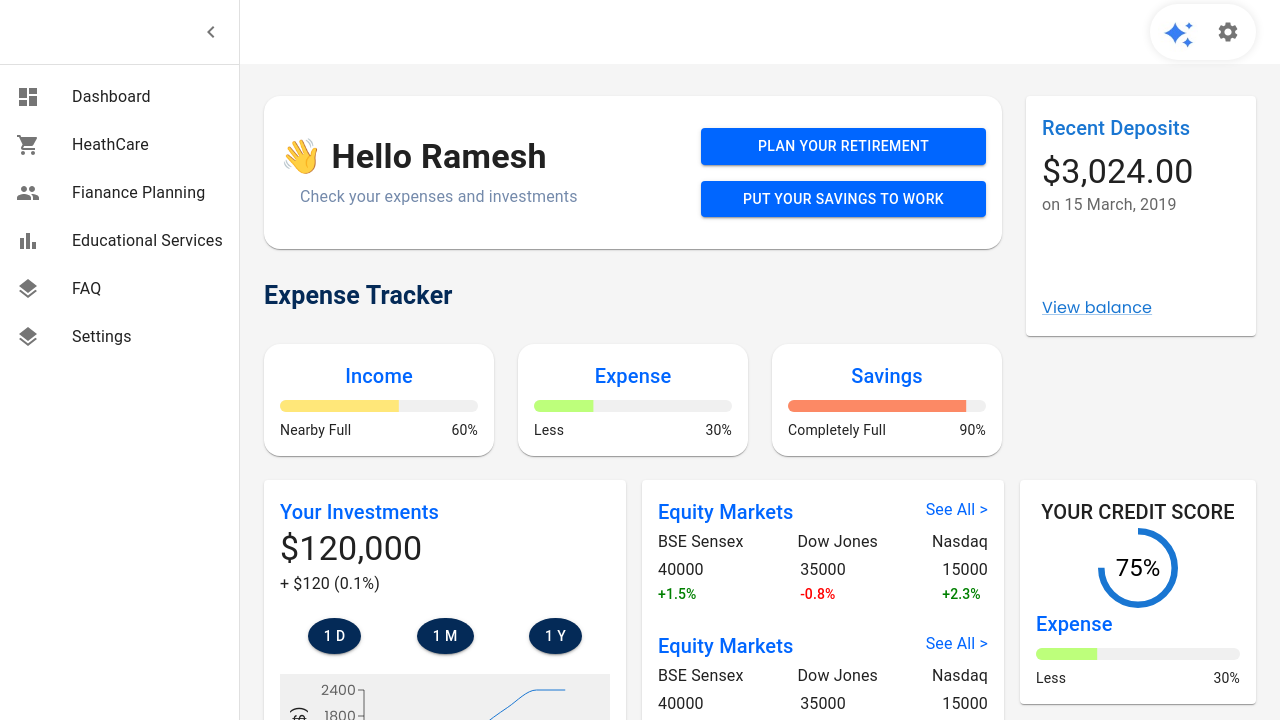
Repository: shubhampirate/TIAA_Retirement_hackathon
Page: /
These files come from the project's save history. The page is drawn as it stood at one moment and after the next save; the edit follows.
The browser window is 1280 px wide. The pictures show the whole page.
An inner scrolling area shows only its first screen. The project was rebuilt for these pictures with package versions that can differ from the ones it lists, and the page was loaded fresh each time. Also part of the build but not shown: src/Components/CustomButton.jsx, src/Components/Navbar.jsx, src/Components/Properties.jsx, src/Components/Footer.jsx, src/Components/Hero.jsx, src/pages/Sign_In.jsx.

Above is the page before, as saved 2023-11-15 12:51:36.

### src/index.css
@import url("https://fonts.googleapis.com/css2?family=Poppins:wght@400;500;700&display=swap");

* {
  margin: 0;
  padding: 0;
  box-sizing: border-box;
  font-family: "Poppins", sans-serif;
}

body {
  margin: 0;
  -webkit-font-smoothing: antialiased;
  -moz-osx-font-smoothing: grayscale;
}

code {
  font-family: source-code-pro, Menlo, Monaco, Consolas, "Courier New",
    monospace;
}

### src/App.jsx
import Hero from "./Components/Hero";
import SignIn from "./pages/Sign_In";
import Dashboard from "./Components/Dashboard";

function App() {
  return (
    <>
      {/* <Hero /> */}
      {/* <SignIn/> */}
      <Dashboard />
    </>
  );
}

export default App;

### src/Components/Dashboard.jsx
import * as React from 'react';
import { styled, createTheme, ThemeProvider } from '@mui/material/styles';
import CssBaseline from '@mui/material/CssBaseline';
import MuiDrawer from '@mui/material/Drawer';
import Box from '@mui/material/Box';
import MuiAppBar from '@mui/material/AppBar';
import Toolbar from '@mui/material/Toolbar';
import List from '@mui/material/List';
import Typography from '@mui/material/Typography';
import Divider from '@mui/material/Divider';
import IconButton from '@mui/material/IconButton';
// import Badge from '@mui/material/Badge';
import Container from '@mui/material/Container';
import Grid from '@mui/material/Grid';
import Paper from '@mui/material/Paper';
// import Link from '@mui/material/Link';
import MenuIcon from '@mui/icons-material/Menu';
import ChevronLeftIcon from '@mui/icons-material/ChevronLeft';
// import NotificationsIcon from '@mui/icons-material/Notifications';
import SettingsIcon from '@mui/icons-material/Settings';
import { mainListItems } from './listItems';
// import Chart from './Chart';
import Deposits from './Deposits';

import heroImg_3 from "../media/img_3.jpeg";
import Button from '@mui/material/Button';
import LinearProgress from '@mui/material/LinearProgress';
import YourComponent from './YourComponent';

  const Title = styled(Typography)(({ theme }) => ({
    fontSize: "25px",
    color: "#042A57",
    fontWeight: "bold",
    textAlign: "left",
    margin: theme.spacing(4, 0, 4, 0),
    [theme.breakpoints.down("sm")]: {
      fontSize: "30px",
    },
  }));
const drawerWidth = 240;

const AppBar = styled(MuiAppBar, {
  shouldForwardProp: (prop) => prop !== 'open',
})(({ theme, open }) => ({
  zIndex: theme.zIndex.drawer + 1,
  transition: theme.transitions.create(['width', 'margin'], {
    easing: theme.transitions.easing.sharp,
    duration: theme.transitions.duration.leavingScreen,
  }),
  ...(open && {
    marginLeft: drawerWidth,
    width: `calc(100% - ${drawerWidth}px)`,
    transition: theme.transitions.create(['width', 'margin'], {
      easing: theme.transitions.easing.sharp,
      duration: theme.transitions.duration.enteringScreen,
    }),
  }),
}));


const ProgressBarBox = ({ title, value }) => {
    let indicatorText = '';
    let color = '';

    if (value <= 30) {
      indicatorText = 'Less';
      color = '#BDFF7B';
    } else if (value <= 70) {
      indicatorText = 'Nearby Full';
      color = '#FFE779';
    } else {
      indicatorText = 'Completely Full';
      color = '#FC8965';
    }

    return (
      <Grid item xs={12} sm={6} md={4}>
        <Paper
          sx={{
            p: 2,
            display: 'flex',
            flexDirection: 'column',
            alignItems: 'center',
            borderRadius: '16px',
          }}
        >
          <Typography variant="h6" sx={{ mb: 1, color: "#0066FF" }}>
            {title}
          </Typography>
          <LinearProgress
          variant="determinate"
          value={value}
          sx={{
            width: '100%',
            height: '12px',
            borderRadius: '8px',
            backgroundColor: '#f0f0f0',
            marginBottom: '8px',
            '& .MuiLinearProgress-bar': {
              backgroundColor: color,
            },
          }}
        />

          <Box
          sx={{
            display: 'flex',
            justifyContent: 'space-between',
            width: '100%',

          }}
        >
          <Typography variant="body2">{indicatorText}</Typography>
          <Typography variant="body2">{value}%</Typography>
        </Box>
        </Paper>
      </Grid>
    );
  };
const Drawer = styled(MuiDrawer, { shouldForwardProp: (prop) => prop !== 'open' })(
  ({ theme, open }) => ({
    '& .MuiDrawer-paper': {
      position: 'relative',
      whiteSpace: 'nowrap',
      width: drawerWidth,
      transition: theme.transitions.create('width', {
        easing: theme.transitions.easing.sharp,
        duration: theme.transitions.duration.enteringScreen,
      }),
      boxSizing: 'border-box',
      ...(!open && {
        overflowX: 'hidden',
        transition: theme.transitions.create('width', {
          easing: theme.transitions.easing.sharp,
          duration: theme.transitions.duration.leavingScreen,
        }),
        width: theme.spacing(7),
        [theme.breakpoints.up('sm')]: {
          width: theme.spacing(9),
        },
      }),
    },
  }),
);

// TODO remove, this demo shouldn't need to reset the theme.
const defaultTheme = createTheme();

export default function Dashboard() {
  const [open, setOpen] = React.useState(true);
  const toggleDrawer = () => {
    setOpen(!open);
  };

  return (
    <ThemeProvider theme={defaultTheme}>
      <Box sx={{ display: 'flex' }}>
        <CssBaseline />
        <AppBar position="absolute" open={open} sx={{ backgroundColor: "#fff", boxShadow: 'none' }}>
  <Toolbar
    sx={{
      pr: '24px', // keep right padding when drawer closed
      display: 'flex',
      alignItems: 'center',
      justifyContent: 'space-between',
    }}
  >
    <Box sx={{ display: 'flex', alignItems: 'center' }}>
      <IconButton
        edge="start"
        aria-label="open drawer"
        onClick={toggleDrawer}
        sx={{
          marginRight: '36px',
          ...(open && { display: 'none' }),
        }}
      >
        <MenuIcon />
      </IconButton>

    </Box>

    <Box sx={{ display: 'flex', alignItems: 'center', boxShadow: '0px 0px 10px rgba(0, 0, 0, 0.1)', borderRadius: '40px', padding: '8px' }}>
  {/* User profile image */}
  <img
    src={heroImg_3}
    alt="User Profile"
    style={{ borderRadius: '50%', width: '40px', height: '40px', marginRight: '10px' }}
  />

  {/* Settings button */}
  <IconButton >

    <SettingsIcon />
  </IconButton>
</Box>
  </Toolbar>
</AppBar>

        <Drawer variant="permanent" open={open}>
          <Toolbar
            sx={{
              display: 'flex',
              alignItems: 'center',
              justifyContent: 'flex-end',
              px: [1],
            }}
          >
            <IconButton onClick={toggleDrawer}>
              <ChevronLeftIcon />
            </IconButton>
          </Toolbar>
          <Divider />
          <List component="nav">
            {mainListItems}
            {/* <Divider sx={{ my: 1 }} /> */}
            {/* {secondaryListItems} */}
          </List>
        </Drawer>
        <Box
          component="main"
          sx={{
            backgroundColor: (theme) =>
              theme.palette.mode === 'light'
                ? theme.palette.grey[100]
                : theme.palette.grey[900],
            flexGrow: 1,
            height: '100vh',
            overflow: 'auto',
          }}
        >
          <Toolbar />
          <Container maxWidth="lg" sx={{ mt: 4, mb: 4 }}>
            <Grid container spacing={3}>

            <Grid item xs={12} md={8} lg={9}>
  <Paper
    sx={{
      p: 2,
      display: 'flex',
      flexDirection: 'column',
      alignItems: 'center',
      borderRadius: '16px', // Adjust the value as needed for more or less curvature
    }}
  >
    {/* Left side content */}
    <Grid container spacing={2} alignItems="center">
      <Grid item xs={12} md={7 }>
        <Typography variant="h4" sx={{ mb: 1, fontWeight: 'bold'}}>
        👋  Hello Ramesh
        </Typography>
        <Typography variant="body1" sx={{color:"#748AAB", paddingLeft:"20px"}}>
          Check your expenses and investments
        </Typography>
      </Grid>

      {/* Right side content */}
      <Grid item xs={12} md={5} sx={{ display: 'flex', flexDirection: 'column', alignItems: 'center' }}>
        <Button variant="contained"  sx={{ width: '100%', backgroundColor: '#0066FF', color: '#fff', mb: { xs: 1, md: 2 } ,mt:{xs:0, md:2}  }}>
        Plan your retirement
        </Button>
        <Button variant="contained"  sx={{ width: '100%', backgroundColor: '#0066FF', color: '#fff', mb:{xs:1, md:2} }}>
        Put your savings to work
        </Button>
      </Grid>
    </Grid>
  </Paper>
  <Title variant="h4" sx={{color: "#042A57"}}>
             Expense Tracker
            </Title>
            <Grid container spacing={3}>
      <ProgressBarBox title="Income" value={60} />
      <ProgressBarBox title="Expense" value={30} />
      <ProgressBarBox title="Savings" value={90} />
    </Grid>
</Grid>


               {/* Recent Deposits */}
              <Grid item xs={12} md={4} lg={3}>
                <Paper
                  sx={{
                    p: 2,
                    display: 'flex',
                    flexDirection: 'column',
                    height: 240,
                  }}
                >
                  <Deposits />
                </Paper>
              </Grid>
              {/* Recent Orders */}
              <Grid item xs={12}>
                {/* <Paper sx={{ p: 2, display: 'flex', flexDirection: 'column' }}> */}
                  <YourComponent />
                {/* </Paper> */}
              </Grid>
            </Grid>

          </Container>
        </Box>
      </Box>
    </ThemeProvider>
  );
}

### src/Components/listItems.jsx
import * as React from 'react';
import ListItemButton from '@mui/material/ListItemButton';
import ListItemIcon from '@mui/material/ListItemIcon';
import ListItemText from '@mui/material/ListItemText';
import ListSubheader from '@mui/material/ListSubheader';
import DashboardIcon from '@mui/icons-material/Dashboard';
import ShoppingCartIcon from '@mui/icons-material/ShoppingCart';
import PeopleIcon from '@mui/icons-material/People';
import BarChartIcon from '@mui/icons-material/BarChart';
import LayersIcon from '@mui/icons-material/Layers';
import AssignmentIcon from '@mui/icons-material/Assignment';

export const mainListItems = (
  <React.Fragment>
    <ListItemButton>
      <ListItemIcon>
        <DashboardIcon />
      </ListItemIcon>
      <ListItemText primary="Dashboard" />
    </ListItemButton>
    <ListItemButton>
      <ListItemIcon>
        <ShoppingCartIcon />
      </ListItemIcon>
      <ListItemText primary="HeathCare" />
    </ListItemButton>
    <ListItemButton>
      <ListItemIcon>
        <PeopleIcon />
      </ListItemIcon>
      <ListItemText primary="Fianance Planning" />
    </ListItemButton>
    <ListItemButton>
      <ListItemIcon>
        <BarChartIcon />
      </ListItemIcon>
      <ListItemText primary="Educational Services" />
    </ListItemButton>
    <ListItemButton>
      <ListItemIcon>
        <LayersIcon />
      </ListItemIcon>
      <ListItemText primary="FAQ" />
    </ListItemButton>
    <ListItemButton>
      <ListItemIcon>
        <LayersIcon />
      </ListItemIcon>
      <ListItemText primary="Settings" />
    </ListItemButton>
  </React.Fragment>
);

// export const secondaryListItems = (
//   <React.Fragment>
//     <ListSubheader component="div" inset>
//       Saved reports
//     </ListSubheader>
//     <ListItemButton>
//       <ListItemIcon>
//         <AssignmentIcon />
//       </ListItemIcon>
//       <ListItemText primary="Current month" />
//     </ListItemButton>
//     <ListItemButton>
//       <ListItemIcon>
//         <AssignmentIcon />
//       </ListItemIcon>
//       <ListItemText primary="Last quarter" />
//     </ListItemButton>
//     <ListItemButton>
//       <ListItemIcon>
//         <AssignmentIcon />
//       </ListItemIcon>
//       <ListItemText primary="Year-end sale" />
//     </ListItemButton>
//   </React.Fragment>
// );

### src/Components/YourComponent.jsx
import React from 'react';
import { Box,Grid, Paper, Typography, CircularProgress, LinearProgress, Button } from '@mui/material';
import Chart from './Chart';
// import ArrowForwardIcon from '@mui/icons-material/ArrowForward';


const InvestmentsBox = () => (
  <Paper sx={{ p: 2, display: 'flex', flexDirection: 'column', alignItems: 'left' }}>
    <Typography variant="h6" sx={{ color: '#0066FF'}}>Your Investments</Typography>
    <Typography variant="h4">$120,000</Typography>
    <Typography variant="subtitle1">+ $120 (0.1%)</Typography>
    {/* Options to choose from */}
    <div style={{ display: 'flex', justifyContent: 'space-around', marginTop: '20px' }}>
      <Button
        variant="contained"
        style={{
          backgroundColor: '#042A57',
          color: '#FFF',
          borderRadius: '100%',
          minWidth: 'unset',
        }}
      >
        1 D
      </Button>
      <Button
        variant="contained"
        style={{
          backgroundColor: '#042A57',
          color: '#FFF',
          borderRadius: '50%',
          minWidth: 'unset',
        }}
      >
        1 M
      </Button>
      <Button
        variant="contained"
        style={{
          backgroundColor: '#042A57',
          color: '#FFF',
          borderRadius: '50%',
          minWidth: 'unset',
        }}
      >
        1 Y
      </Button>
    </div>
    {/* Separate column for the chart */}
    <div style={{ marginTop: '20px', width: '100%', display: 'flex', flexDirection: 'column', alignItems: 'center' }}>
      {/* Chart (replace with your actual chart component) */}
      <div style={{ width: '100%', height: '150px', backgroundColor: '#f0f0f0' }}>
        {/* Replace this div with your actual chart component */}
        <div style={{ width: '100%', height: '100%', display: 'flex', justifyContent: 'center', alignItems: 'center' }}>
          <Chart />
        </div>
      </div>
    </div>
  </Paper>
);


const EquityMarketsBox = () => {
  // Mock data for market values
  const marketData = [
    { name: 'BSE Sensex', currentPrice: 40000, increasePercentage: 1.5 },
    { name: 'Dow Jones', currentPrice: 35000, increasePercentage: -0.8 },
    { name: 'Nasdaq', currentPrice: 15000, increasePercentage: 2.3 },
  ];

  return (
    <Paper sx={{ p: 2, display: 'flex', flexDirection: 'column' }}>
  <Typography variant="h6" style={{ display: 'flex', justifyContent: 'space-between', color: '#0066FF' }}>
        Equity Markets
        <Typography variant="subtitle1" style={{ cursor: 'pointer' }}>
          See All &gt;
        </Typography>
      </Typography>
    {/* Display market names in the first line */}
    <div style={{ display: 'flex', justifyContent: 'space-between' }}>
      {marketData.map((market) => (
        <Typography key={market.name} variant="subtitle1">{market.name}</Typography>
      ))}
    </div>
    {/* Display market values in the second line */}
    <div style={{ display: 'flex', justifyContent: 'space-between' }}>
      {marketData.map((market) => (
        <div key={market.name}>
          <Typography variant="subtitle1">{market.currentPrice}</Typography>
          <Typography variant="subtitle2" style={{ color: market.increasePercentage >= 0 ? 'green' : 'red' }}>
            {market.increasePercentage >= 0 ? '+' : ''}{market.increasePercentage}%
          </Typography>
        </div>
      ))}
    </div>
 <br />
  <Typography variant="h6" style={{ display: 'flex', justifyContent: 'space-between', color: '#0066FF' }}>
        Equity Markets
        <Typography variant="subtitle1" style={{ cursor: 'pointer' }}>
          See All &gt;
        </Typography>
      </Typography>
    {/* Display market names in the first line */}
    <div style={{ display: 'flex', justifyContent: 'space-between' }}>
      {marketData.map((market) => (
        <Typography key={market.name} variant="subtitle1">{market.name}</Typography>
      ))}
    </div>
    {/* Display market values in the second line */}
    <div style={{ display: 'flex', justifyContent: 'space-between' }}>
      {marketData.map((market) => (
        <div key={market.name}>
          <Typography variant="subtitle1">{market.currentPrice}</Typography>
          <Typography variant="subtitle2" style={{ color: market.increasePercentage >= 0 ? 'green' : 'red' }}>
            {market.increasePercentage >= 0 ? '+' : ''}{market.increasePercentage}%
          </Typography>
        </div>
      ))}
    </div>

  </Paper>
);
};



// Component for the third box
  // Component for the first box
const ProgressBarBox = ({ title, value }) => {
    let indicatorText = '';
    let color = '';

    if (value <= 30) {
      indicatorText = 'Less';
      color = '#BDFF7B';
    } else if (value <= 70) {
      indicatorText = 'Nearby Full';
      color = '#FFE779';
    } else {
      indicatorText = 'Completely Full';
      color = '#FC8965';
    }

    return (
      <Grid container>
        <Typography variant="h6" sx={{ mb: 1, color: "#0066FF" }}>
          {title}
        </Typography>
        <LinearProgress
          variant="determinate"
          value={value}
          sx={{
            width: '100%',
            height: '12px',
            borderRadius: '8px',
            backgroundColor: '#f0f0f0',
            marginBottom: '8px',
            '& .MuiLinearProgress-bar': {
              backgroundColor: color,
            },
          }}
        />
        <Box
          sx={{
            display: 'flex',
            justifyContent: 'space-between',
            width: '100%',
          }}
        >
          <Typography variant="body2">{indicatorText}</Typography>
          <Typography variant="body2">{value}%</Typography>
        </Box>
      </Grid>
    );
  };

  // Component for the third box
  const CreditScoreBox = () => (
    <Paper sx={{ p: 2, display: 'flex', flexDirection: 'column', alignItems: 'center', position: 'relative' }}>
      <Typography variant="h6">YOUR CREDIT SCORE</Typography>
      {/* Circular Progress Bar */}
      <div style={{ position: 'relative', width: '80px', height: '80px' }}>
        <CircularProgress variant="determinate" value={75} size={80} />
        {/* Display the percentage in the center of the circular progress bar */}
        <Typography
          variant="h5"
          style={{
            position: 'absolute',
            top: '50%',
            left: '50%',
            transform: 'translate(-50%, -50%)',
            color: '#000', // Adjust text color as needed
          }}
        >
          75%
        </Typography>
      </div>
      {/* Include ProgressBarBox with the entire width */}
      <ProgressBarBox title="Expense" value={30} />
    </Paper>
  );

// Main component
const YourComponent = () => (
  <Grid container spacing={2} style={{ height: '100vh' }}>
  <Grid item xs={12} md={9}>
    <Grid container spacing={2}>
      <Grid item xs={12} md={6} lg={6}>
        <InvestmentsBox />
      </Grid>
      <Grid item xs={12} md={6} lg={6}>
        <EquityMarketsBox />
      </Grid>
    </Grid>
  </Grid>
  <Grid item xs={12} md={3}>
    <CreditScoreBox />
  </Grid>
</Grid>

);

export default YourComponent;

### src/Components/Chart.jsx
import * as React from 'react';
import { useTheme } from '@mui/material/styles';
import { LineChart, Line, XAxis, YAxis, Label, ResponsiveContainer } from 'recharts';
import Title from './Title';

// Generate Sales Data
function createData(time, amount) {
  return { time, amount };
}

const data = [
  createData('00:00', 0),
  createData('03:00', 300),
  createData('06:00', 600),
  createData('09:00', 800),
  createData('12:00', 1500),
  createData('15:00', 2000),
  createData('18:00', 2400),
  createData('21:00', 2400),
  createData('24:00', undefined),
];

export default function Chart() {
  const theme = useTheme();

  return (
    <React.Fragment>
      {/* <Title>Today</Title> */}
      <ResponsiveContainer>
        <LineChart
          data={data}
          margin={{
            top: 16,
            right: 16,
            bottom: 0,
            left: 24,
          }}
        >
          <XAxis
            dataKey="time"
            stroke={theme.palette.text.secondary}
            style={theme.typography.body2}
          />
          <YAxis
            stroke={theme.palette.text.secondary}
            style={theme.typography.body2}
          >
            <Label
              angle={270}
              position="left"
              style={{
                textAnchor: 'middle',
                fill: theme.palette.text.primary,
                ...theme.typography.body1,
              }}
            >
              Sales ($)
            </Label>
          </YAxis>
          <Line
            isAnimationActive={false}
            type="monotone"
            dataKey="amount"
            stroke={theme.palette.primary.main}
            dot={false}
          />
        </LineChart>
      </ResponsiveContainer>
    </React.Fragment>
  );
}

Loaded but not shown: public/index.html (common file); src/index.js (common file); src/Components/Deposits.jsx (common file); src/Components/Title.jsx (common file)

After the next save:
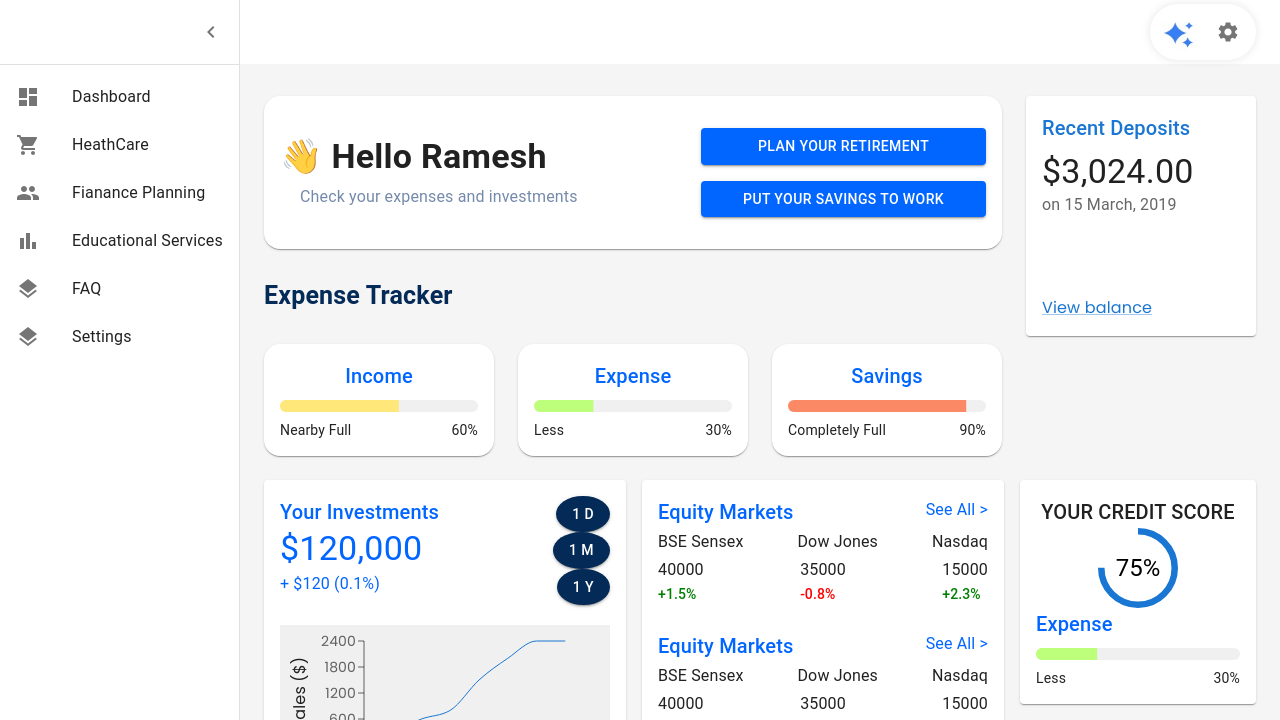
Saved 2 min 10 s later.
--- a/src/Components/YourComponent.jsx
+++ b/src/Components/YourComponent.jsx
@@ -3,61 +3,60 @@ import { Box,Grid, Paper, Typography, CircularProgress, LinearProgress, Button }
 import Chart from './Chart';
 // import ArrowForwardIcon from '@mui/icons-material/ArrowForward';
 
-
 const InvestmentsBox = () => (
-  <Paper sx={{ p: 2, display: 'flex', flexDirection: 'column', alignItems: 'left' }}>
-    <Typography variant="h6" sx={{ color: '#0066FF'}}>Your Investments</Typography>
-    <Typography variant="h4">$120,000</Typography>
-    <Typography variant="subtitle1">+ $120 (0.1%)</Typography>
-    {/* Options to choose from */}
-    <div style={{ display: 'flex', justifyContent: 'space-around', marginTop: '20px' }}>
-      <Button
-        variant="contained"
-        style={{
-          backgroundColor: '#042A57',
-          color: '#FFF',
-          borderRadius: '100%',
-          minWidth: 'unset',
-        }}
-      >
-        1 D
-      </Button>
-      <Button
-        variant="contained"
-        style={{
-          backgroundColor: '#042A57',
-          color: '#FFF',
-          borderRadius: '50%',
-          minWidth: 'unset',
-        }}
-      >
-        1 M
-      </Button>
-      <Button
-        variant="contained"
-        style={{
-          backgroundColor: '#042A57',
-          color: '#FFF',
-          borderRadius: '50%',
-          minWidth: 'unset',
-        }}
-      >
-        1 Y
-      </Button>
-    </div>
-    {/* Separate column for the chart */}
-    <div style={{ marginTop: '20px', width: '100%', display: 'flex', flexDirection: 'column', alignItems: 'center' }}>
-      {/* Chart (replace with your actual chart component) */}
-      <div style={{ width: '100%', height: '150px', backgroundColor: '#f0f0f0' }}>
-        {/* Replace this div with your actual chart component */}
-        <div style={{ width: '100%', height: '100%', display: 'flex', justifyContent: 'center', alignItems: 'center' }}>
-          <Chart />
-        </div>
+  <Paper sx={{ p: 2, display: 'flex', flexDirection: 'column', alignItems: 'center', color: '#0066FF' }}>
+    <div style={{ display: 'flex', justifyContent: 'space-between', width: '100%' }}>
+      <div style={{ textAlign: 'left' }}>
+        <Typography variant="h6">Your Investments</Typography>
+        <Typography variant="h4">$120,000</Typography>
+        <Typography variant="subtitle1">+ $120 (0.1%)</Typography>
+      </div>
+      {/* Options to choose from */}
+      <div style={{ display: 'flex', flexDirection: 'column', alignItems: 'flex-end' }}>
+        <Button
+          variant="contained"
+          style={{
+            backgroundColor: '#042A57',
+            color: '#FFF',
+            borderRadius: '50%',
+            minWidth: 'unset',
+          }}
+        >
+          1 D
+        </Button>
+        <Button
+          variant="contained"
+          style={{
+            backgroundColor: '#042A57',
+            color: '#FFF',
+            borderRadius: '50%',
+            minWidth: 'unset',
+          }}
+        >
+          1 M
+        </Button>
+        <Button
+          variant="contained"
+          style={{
+            backgroundColor: '#042A57',
+            color: '#FFF',
+            borderRadius: '50%',
+            minWidth: 'unset',
+          }}
+        >
+          1 Y
+        </Button>
+      </div>
+    </div>
+    {/* Chart (replace with your actual chart component) */}
+    <div style={{ marginTop: '20px', width: '100%', height: '150px', backgroundColor: '#f0f0f0' }}>
+      {/* Replace this div with your actual chart component */}
+      <div style={{ width: '100%', height: '100%', display: 'flex', justifyContent: 'center', alignItems: 'center' }}>
+        <Chart />
       </div>
     </div>
   </Paper>
 );
-
 
 const EquityMarketsBox = () => {
   // Mock data for market values
